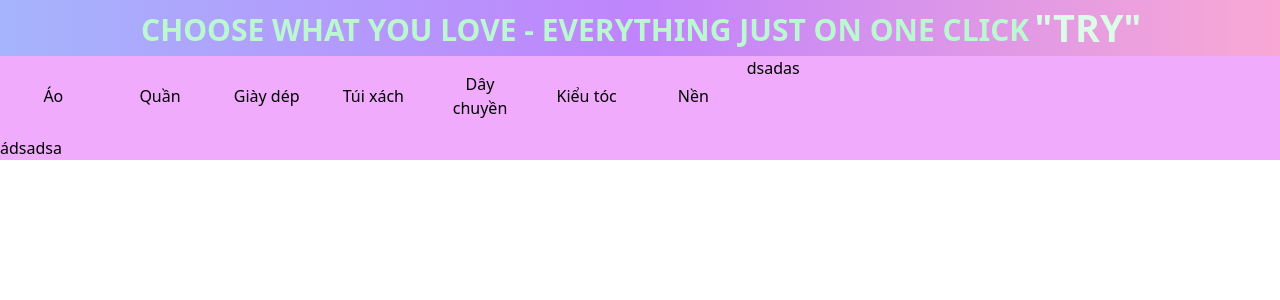
Repository: NguyenVietPhuQuy/ReactJs-TailWind-Redux-FunctionHook-ModelDesign
Page: / (app in modeldesign/)
An editor plug-in stored every save of this project. The page is shown before and after the next save, followed by the edit.
The browser window is 1280 px wide. The pictures show the whole page.
The project was rebuilt for these pictures with package versions that can differ from the ones it lists, and the page was loaded fresh each time. Also part of the build but not shown: modeldesign/src/App.css.

Above is the page before, as saved 2022-11-17 13:28:16.

After the next save:
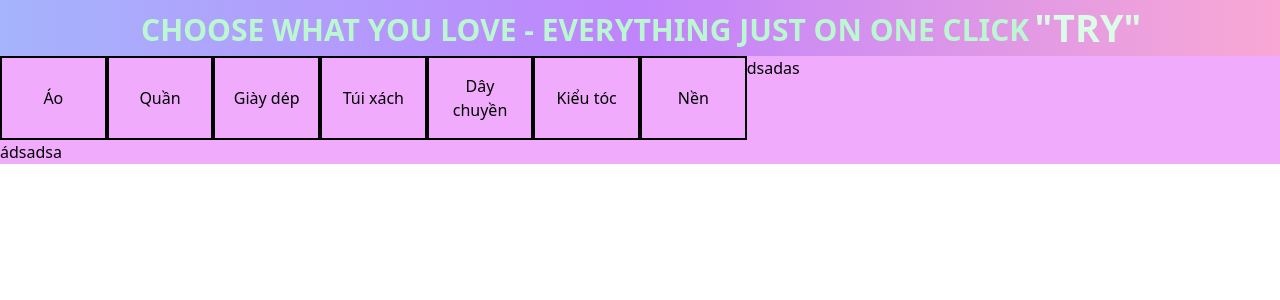
Saved 51 s later.
--- a/modeldesign/src/Components/Category.js
+++ b/modeldesign/src/Components/Category.js
@@ -8,7 +8,7 @@ return(
     <div className=" flex flex-row w-full">
         {returnValue.map((item)=>{
             return(
-               <button className="p-4 w-1/2 ">{item.showName}</button>
+               <button className="p-4 w-1/2 " style={{border:"2px solid black"}}>{item.showName}</button>
             )
         })}
     </div>
